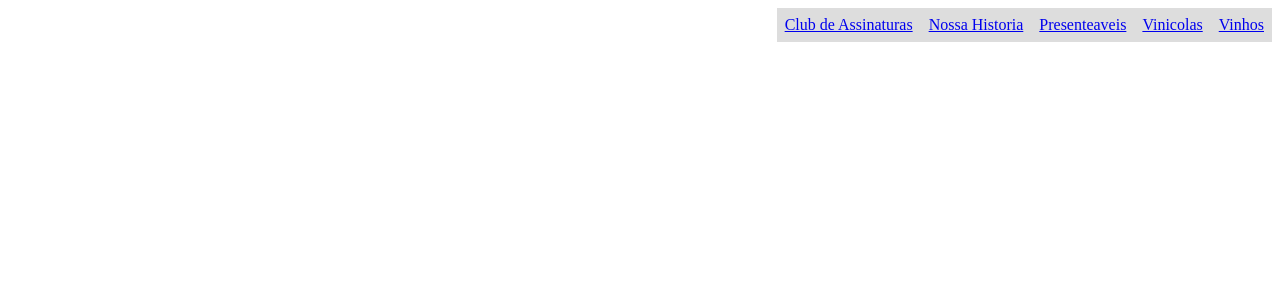
Repository: AbnerSLandim/vinheriaAgnello
Page: http://localhost/vinheriaAgnello/
These files come from the project's save history. The page is drawn as it stood at one moment and after the next save; the edit follows.
The browser window is 1280 px wide. The pictures show the whole page.
The page is served by Tomcat 10.

Above is the page before, as saved 2025-04-09 16:57:47.

After the next save:
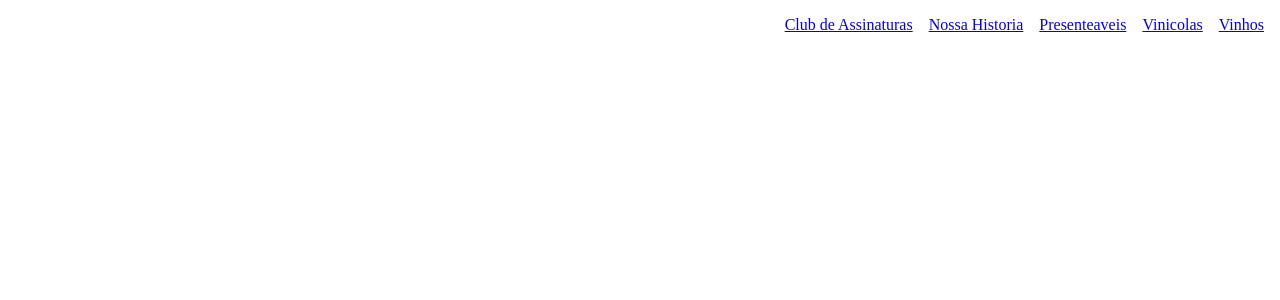
Saved 11 s later.
--- a/vinheriaAgnello/WebContent/content/style.css
+++ b/vinheriaAgnello/WebContent/content/style.css
@@ -15,5 +15,4 @@
 a {
   display: block;
   padding: 8px;
-  background-color: #dddddd;
 }
